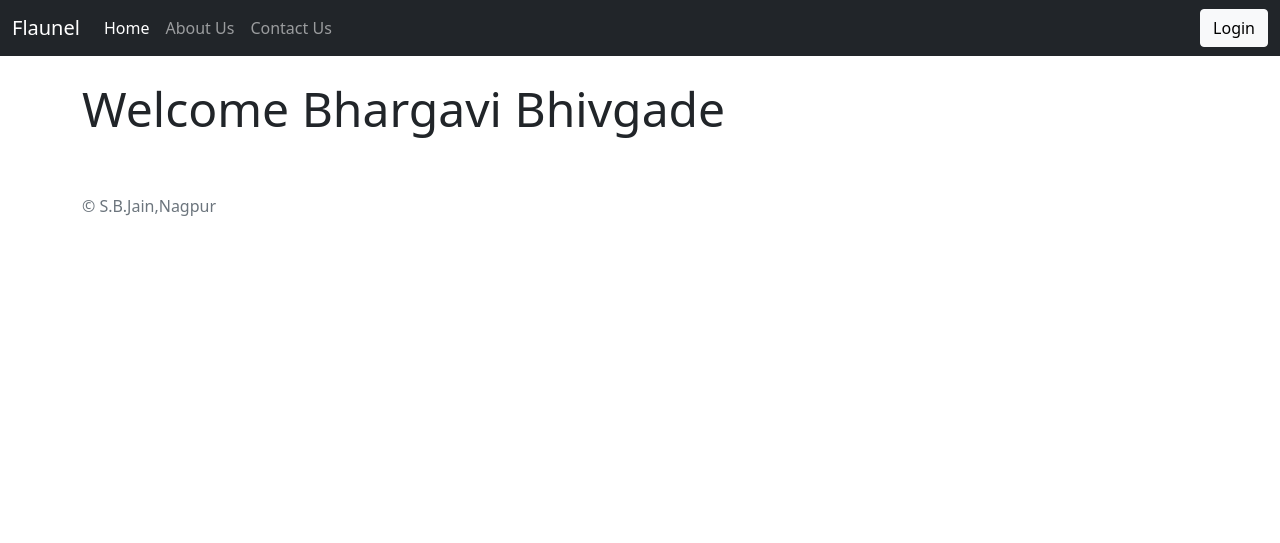
Repository: bhivgadePrajakta/Flaunel--A-LED-Display-Board
Page: http://localhost/home.php
The author's editor kept a copy of each file at every save. The page is drawn from the files as they stood at one save, then again after the next save.
The browser window is 1280 px wide. The pictures show the whole page.
The page is run by PHP 8.4 with error messages shown; the project is at /var/www/html/.

Above is the page before, as saved 2022-04-30 12:29:30.

### home.php
<!doctype html>
<html lang="en">
  <head>
    <!-- Required meta tags -->
    <meta charset="utf-8">
    <meta name="viewport" content="width=device-width, initial-scale=1">

    <!-- Bootstrap CSS -->
    <link href="https://cdn.jsdelivr.net/npm/bootstrap@5.0.2/dist/css/bootstrap.min.css" rel="stylesheet" integrity="sha384-EVSTQN3/azprG1Anm3QDgpJLIm9Nao0Yz1ztcQTwFspd3yD65VohhpuuCOmLASjC" crossorigin="anonymous">

    <title>FLAUNEL</title>
  </head>
  <body>
    <nav class="navbar navbar-expand-lg navbar-dark bg-dark">
        <div class="container-fluid">
          <a class="navbar-brand" href="#">Flaunel</a>
          <button class="navbar-toggler" type="button" data-bs-toggle="collapse" data-bs-target="#navbarSupportedContent" aria-controls="navbarSupportedContent" aria-expanded="false" aria-label="Toggle navigation">
            <span class="navbar-toggler-icon"></span>
          </button>
          <div class="collapse navbar-collapse" id="navbarSupportedContent">
            <ul class="navbar-nav me-auto mb-2 mb-lg-0">
              <li class="nav-item">
                <a class="nav-link active" aria-current="page" href="#">Home</a>
              </li>
              <li class="nav-item">
                <a class="nav-link" href="#">About Us</a>
              </li>
              <li class="nav-item ">
                <a class="nav-link" href="#" id="navbarDropdown" role="button">
                  Contact Us</a>

              </li>

            </ul>
            <form class="d-flex">

              <button class="btn btn-light" type="submit">Login</button>
            </form>
          </div>
        </div>
      </nav>
<div class="container py-4">
    <h5 class="display-5">Welcome Bhargavi Bhivgade</h5>
    <br>

</div>

</div>

<div class="container">
    <span class="text-muted">&copy; S.B.Jain,Nagpur</span>
  </div>
    <!-- Optional JavaScript; choose one of the two! -->

    <!-- Option 1: Bootstrap Bundle with Popper -->
    <script src="https://cdn.jsdelivr.net/npm/bootstrap@5.0.2/dist/js/bootstrap.bundle.min.js" integrity="sha384-MrcW6ZMFYlzcLA8Nl+NtUVF0sA7MsXsP1UyJoMp4YLEuNSfAP+JcXn/tWtIaxVXM" crossorigin="anonymous"></script>

    <!-- Option 2: Separate Popper and Bootstrap JS -->
    <!--
    <script src="https://cdn.jsdelivr.net/npm/@popperjs/core@2.9.2/dist/umd/popper.min.js" integrity="sha384-IQsoLXl5PILFhosVNubq5LC7Qb9DXgDA9i+tQ8Zj3iwWAwPtgFTxbJ8NT4GN1R8p" crossorigin="anonymous"></script>
    <script src="https://cdn.jsdelivr.net/npm/bootstrap@5.0.2/dist/js/bootstrap.min.js" integrity="sha384-cVKIPhGWiC2Al4u+LWgxfKTRIcfu0JTxR+EQDz/bgldoEyl4H0zUF0QKbrJ0EcQF" crossorigin="anonymous"></script>
    -->
  </body>
</html>

After the next save:
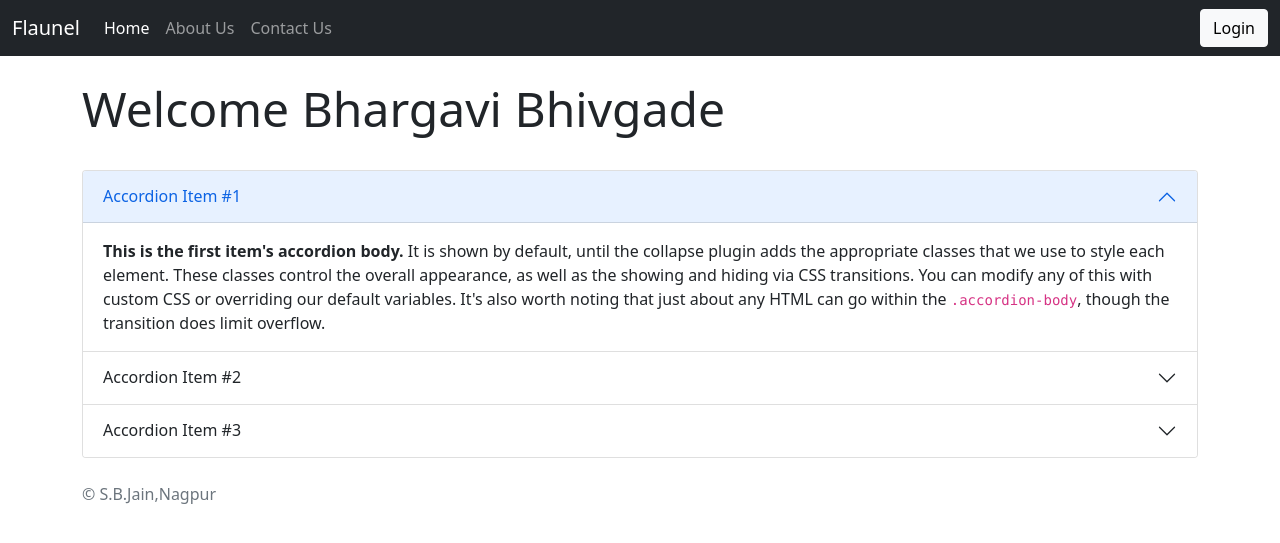
Saved 21 s later.
--- a/home.php
+++ b/home.php
@@ -42,7 +42,44 @@
 <div class="container py-4">
     <h5 class="display-5">Welcome Bhargavi Bhivgade</h5>
     <br>
-
+    <div class="accordion" id="accordionExample">
+  <div class="accordion-item">
+    <h2 class="accordion-header" id="headingOne">
+      <button class="accordion-button" type="button" data-bs-toggle="collapse" data-bs-target="#collapseOne" aria-expanded="true" aria-controls="collapseOne">
+        Accordion Item #1
+      </button>
+    </h2>
+    <div id="collapseOne" class="accordion-collapse collapse show" aria-labelledby="headingOne" data-bs-parent="#accordionExample">
+      <div class="accordion-body">
+        <strong>This is the first item's accordion body.</strong> It is shown by default, until the collapse plugin adds the appropriate classes that we use to style each element. These classes control the overall appearance, as well as the showing and hiding via CSS transitions. You can modify any of this with custom CSS or overriding our default variables. It's also worth noting that just about any HTML can go within the <code>.accordion-body</code>, though the transition does limit overflow.
+      </div>
+    </div>
+  </div>
+  <div class="accordion-item">
+    <h2 class="accordion-header" id="headingTwo">
+      <button class="accordion-button collapsed" type="button" data-bs-toggle="collapse" data-bs-target="#collapseTwo" aria-expanded="false" aria-controls="collapseTwo">
+        Accordion Item #2
+      </button>
+    </h2>
+    <div id="collapseTwo" class="accordion-collapse collapse" aria-labelledby="headingTwo" data-bs-parent="#accordionExample">
+      <div class="accordion-body">
+        <strong>This is the second item's accordion body.</strong> It is hidden by default, until the collapse plugin adds the appropriate classes that we use to style each element. These classes control the overall appearance, as well as the showing and hiding via CSS transitions. You can modify any of this with custom CSS or overriding our default variables. It's also worth noting that just about any HTML can go within the <code>.accordion-body</code>, though the transition does limit overflow.
+      </div>
+    </div>
+  </div>
+  <div class="accordion-item">
+    <h2 class="accordion-header" id="headingThree">
+      <button class="accordion-button collapsed" type="button" data-bs-toggle="collapse" data-bs-target="#collapseThree" aria-expanded="false" aria-controls="collapseThree">
+        Accordion Item #3
+      </button>
+    </h2>
+    <div id="collapseThree" class="accordion-collapse collapse" aria-labelledby="headingThree" data-bs-parent="#accordionExample">
+      <div class="accordion-body">
+        <strong>This is the third item's accordion body.</strong> It is hidden by default, until the collapse plugin adds the appropriate classes that we use to style each element. These classes control the overall appearance, as well as the showing and hiding via CSS transitions. You can modify any of this with custom CSS or overriding our default variables. It's also worth noting that just about any HTML can go within the <code>.accordion-body</code>, though the transition does limit overflow.
+      </div>
+    </div>
+  </div>
+</div>
 </div>
 
 </div>
